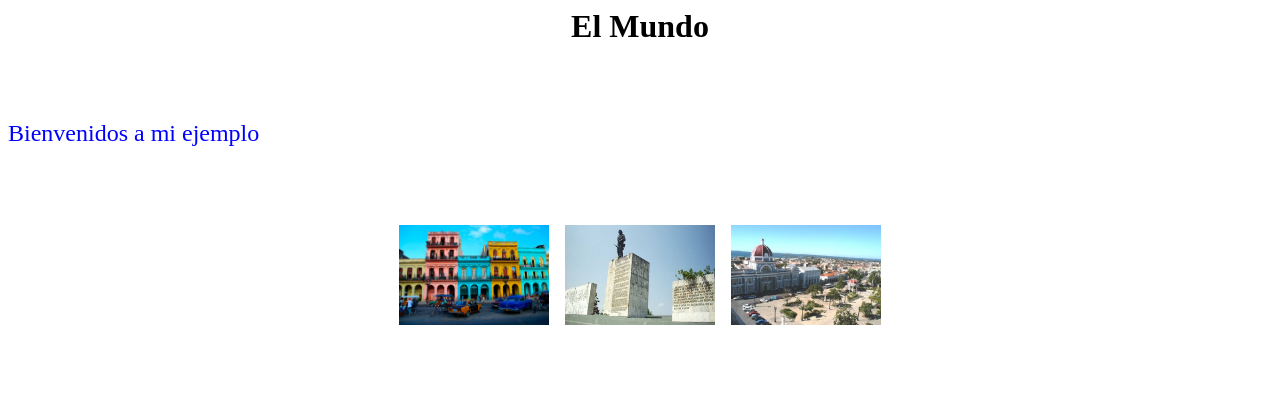
Repository: dasafo/PHP_MySQL_curso
Page: http://localhost/Practica1_42/cuba.php
An editor plug-in stored every save of this project. The page is shown before and after the next save, followed by the edit.
The browser window is 1280 px wide. The pictures show the whole page.
The page is run by PHP 8.4 with error messages shown; the project is at /var/www/html/.

Above is the page before, as saved 2018-11-10 18:19:47.

### Sesiones&Cookies/Practica1_42/cuba.php
<!DOCTYPE HTML PUBLIC "-//W3C//DTD HTML 4.01 Frameset//EN">
<html>
<head>
<meta http-equiv="Content-Type" content="text/html; charset=UTF-8">
<title>Insert title here</title>
<style>

    table{

        text-align:center;
        }

    h1{
        text-align:center;
        }

     p{
        font-size:1.5em;
        color:#00F;
        }


</style>

</head>

<body>

	<h1>El Mundo</h1>
	<p>&nbsp</p>
	<p>Bienvenidos a mi ejemplo</p>
    <p>&nbsp</p>


    <table width="500" border="0" align="center">

   	<tr>
   		<td> <img src="habana.jpg" width="150" height="100"></td>
      	<td><img src="clara.jpg" width="150" height="100"></td>
      	<td><img src="cienfuegos.jpg" width="150" height="100"></td>

     </tr>
     <tr>
     	<td></td>
     	<td></td>
     	<td></td>

   </table>

</body>

</html>

After the next save:
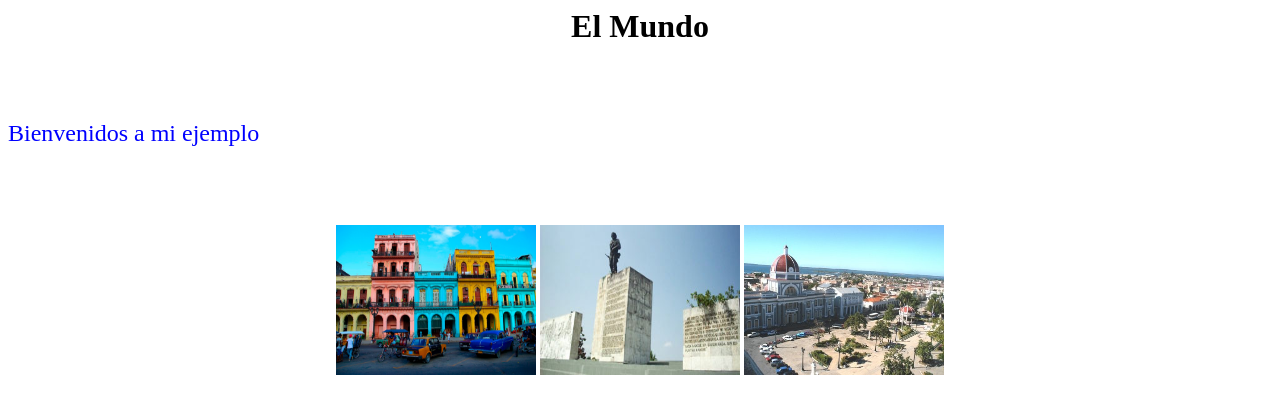
Saved 52 s later.
--- a/Sesiones&Cookies/Practica1_42/cuba.php
+++ b/Sesiones&Cookies/Practica1_42/cuba.php
@@ -35,9 +35,9 @@
     <table width="500" border="0" align="center">
 
    	<tr>
-   		<td> <img src="habana.jpg" width="150" height="100"></td>
-      	<td><img src="clara.jpg" width="150" height="100"></td>
-      	<td><img src="cienfuegos.jpg" width="150" height="100"></td>
+   		<td> <img src="habana.jpg" width="200" height="150"></td>
+      	<td><img src="clara.jpg" width="200" height="150"></td>
+      	<td><img src="cienfuegos.jpg" width="200" height="150"></td>
 
      </tr>
      <tr>
